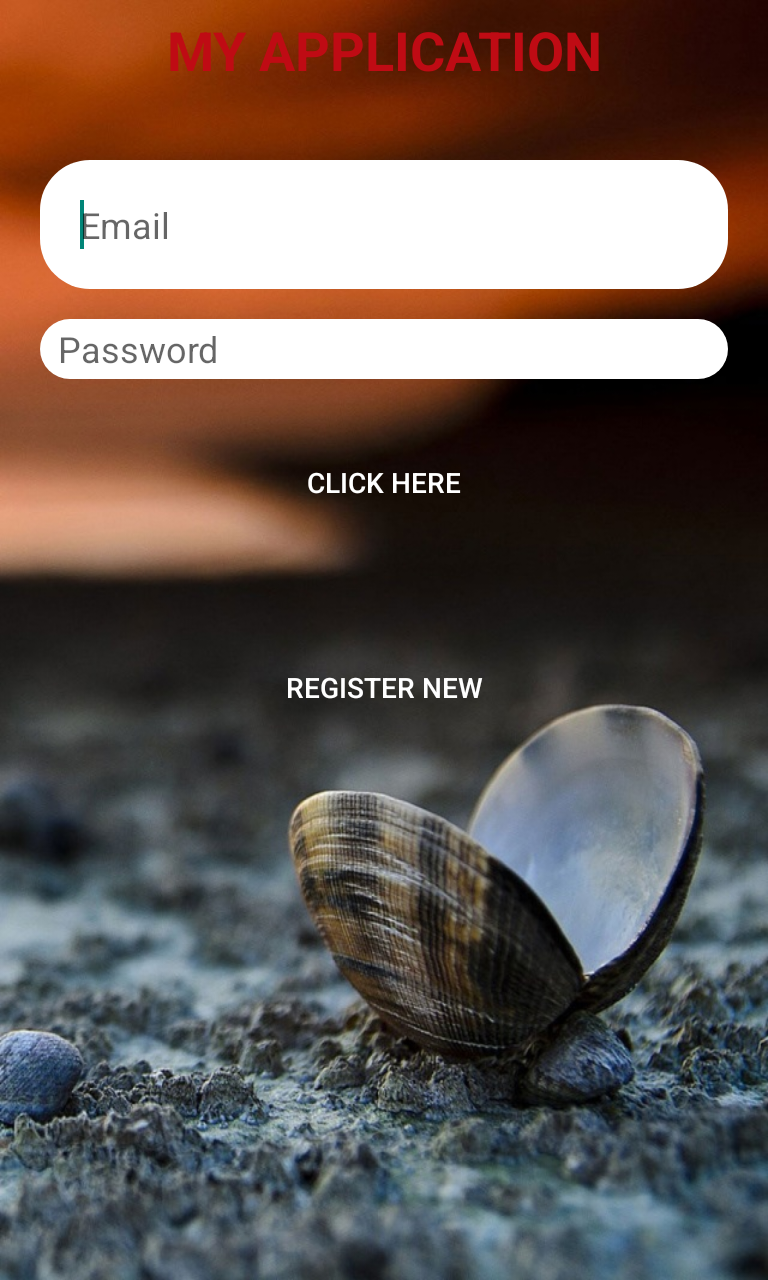
Repository: adarshnair13/message
Layout: myproject/res/layout/adarsh.xml
An editor plug-in stored every save of this project. The layout is shown before and after a run of saves, followed by the edit.
It is drawn on a 768 x 1280 px phone screen (xhdpi) without system bars, with theme AppTheme; the app's code is not run.

Above is the layout before, as saved 2015-04-17 07:16:08.

### myproject/res/layout/adarsh.xml
<?xml version="1.0" encoding="utf-8"?>
<LinearLayout xmlns:android="http://schemas.android.com/apk/res/android"
    android:layout_width="match_parent"
    android:layout_height="match_parent"
    android:background="@drawable/shells"
    android:orientation="vertical" >

    <TextView
        android:id="@+id/textView1"
        android:layout_width="match_parent"
        android:layout_height="50dp"
        android:gravity="center"
        android:text="MY APPLICATION"
        android:textColor="#BF0B14"
        android:textSize="27dp"
        android:textStyle="bold" />

    <EditText
        android:id="@+id/editText1"
        android:layout_width="match_parent"
        android:layout_height="wrap_content"
        android:layout_marginLeft="20dp"
        android:layout_marginRight="20dp"
        android:layout_marginTop="30dp"
        android:background="@drawable/curve"
        android:padding="20dp"
        android:ems="10"
        android:hint="Email"
        android:inputType="textEmailAddress" >

        <requestFocus />
    </EditText>

    <EditText
        android:id="@+id/editText2"
        android:layout_width="match_parent"
        android:layout_height="30dp"
        android:layout_marginLeft="20dp"
        android:layout_marginRight="20dp"
        android:layout_marginTop="15dp"
        android:background="@drawable/curve"
        android:ems="10"
        android:hint="  Password"
        android:inputType="textPassword" />

    <Button
        android:id="@+id/button1"
        style="?android:attr/buttonStyleSmall"
        android:layout_width="match_parent"
        android:layout_height="33dp"
        android:layout_margin="35dp"
        android:background="#00404040"
        android:onClick="ClickButton"
        android:text="Click Here"
        android:textColor="#ffffff" />

    <Button
        android:id="@+id/button2"
        style="?android:attr/buttonStyleSmall"
        android:layout_width="match_parent"
        android:layout_height="32dp"
        android:layout_margin="35dp"
        android:background="#00ffffff"
        android:onClick="PressButton"
        android:text="Register New"
        android:textColor="#ffffff" />

</LinearLayout>

### myproject/res/drawable/curve.xml
<?xml version="1.0" encoding="utf-8"?>
<shape xmlns:android="http://schemas.android.com/apk/res/android" >

    <solid android:color="#ffffff" />

    <corners android:radius="25dp" />

</shape>

Loaded but not shown: myproject/res/values/styles.xml (common file); myproject/res/values-v11/styles.xml (common file); myproject/res/values-v14/styles.xml (common file)

After the next 2 saves:
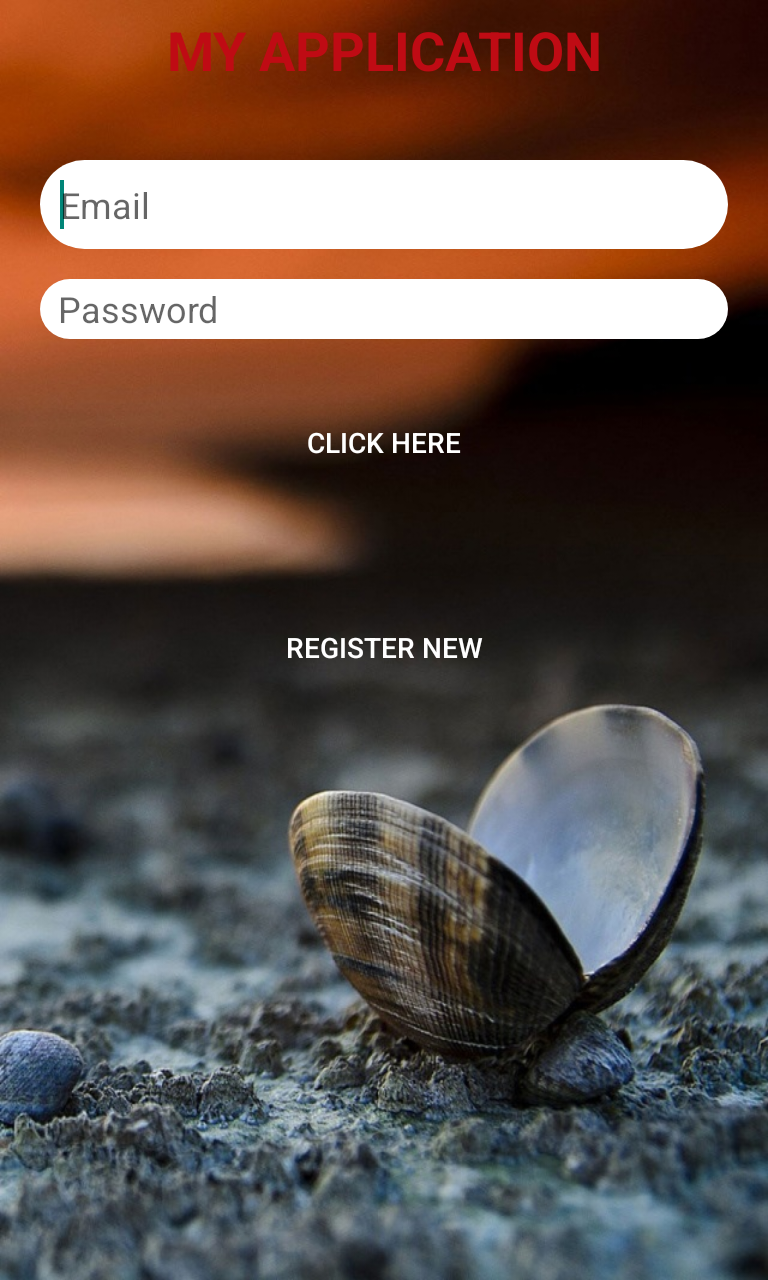
The 2 saves are shown as one change because they came seconds apart.
The last was saved 19 s later.
--- a/myproject/res/layout/adarsh.xml
+++ b/myproject/res/layout/adarsh.xml
@@ -23,7 +23,7 @@
         android:layout_marginRight="20dp"
         android:layout_marginTop="30dp"
         android:background="@drawable/curve"
-        android:padding="20dp"
+        android:padding="10dp"
         android:ems="10"
         android:hint="Email"
         android:inputType="textEmailAddress" >
